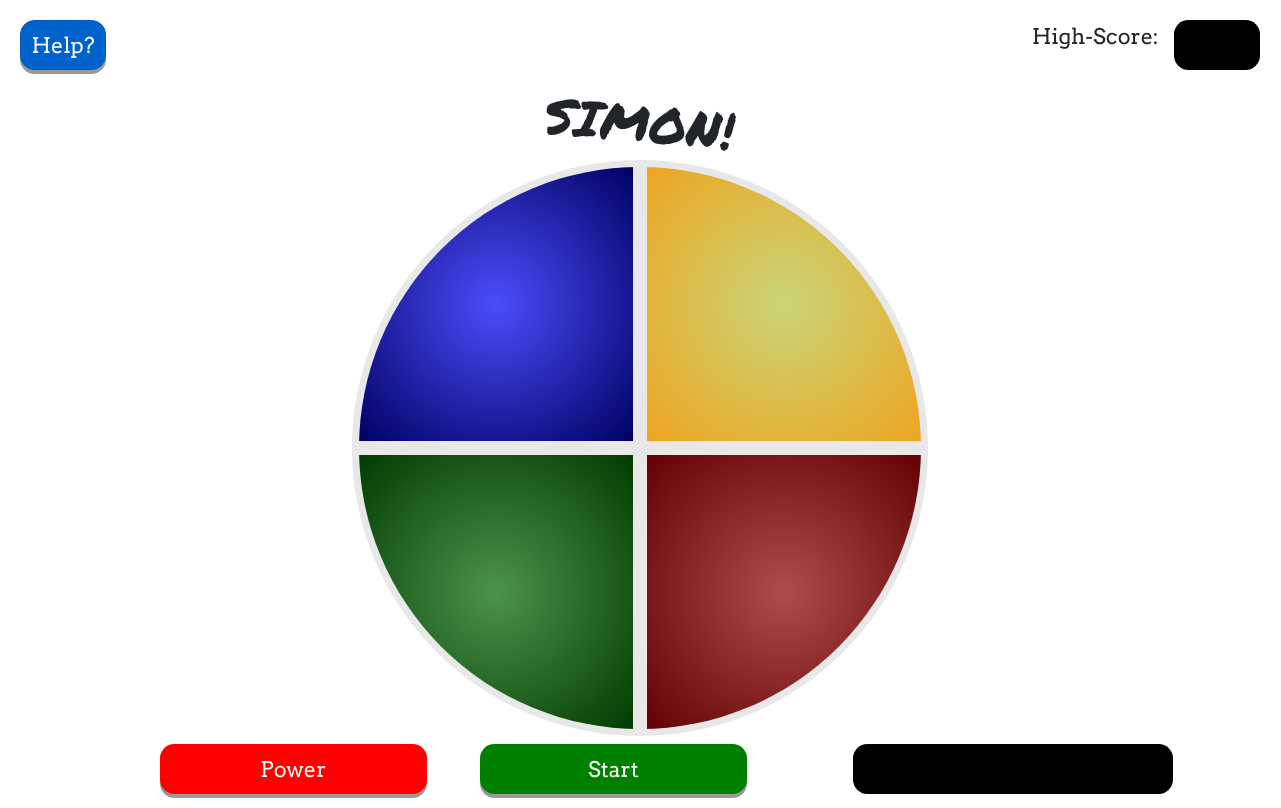
Repository: bandyp/simon
Page: index.html
The author's editor kept a record of every edit. The page is drawn from the files as they stood at one moment, then again after the next edit.
The browser window is 1280 px wide. The page is 1281 px wide, so the pictures cover 1281 px, including what lies to the right of the window. The pictures show the whole page.

Above is the page before.

### index.html
<!DOCTYPE html>
<html lang="en">

<head>
    <title>Simon</title>
    <meta charset="UTF-8">
    <meta name="viewport" content="width=device-width, initial-scale=1, shrink-to-fit=no">
    <meta http-equiv="X-UA-Compatible" content="ie=edge">

<!-- fonts and bootstrap links  -->
    <link rel="stylesheet" href="https://stackpath.bootstrapcdn.com/bootstrap/4.3.1/css/bootstrap.min.css" integrity="sha384-ggOyR0iXCbMQv3Xipma34MD+dH/1fQ784/j6cY/iJTQUOhcWr7x9JvoRxT2MZw1T" crossorigin="anonymous">
    <link rel="stylesheet" href="assets/css/style.css" type="text/css" />
    <link href="https://fonts.googleapis.com/css?family=Permanent+Marker&display=swap" rel="stylesheet">
    <link href='https://fonts.googleapis.com/css?family=Orbitron' rel='stylesheet' type='text/css'>
    <link href="https://fonts.googleapis.com/css?family=Arvo" rel="stylesheet">

<!-- sound files  -->
    <audio id="soundGreen"><source src="assets/sounds/simonSound1.mp3"></source></audio>
    <audio id="soundBlue"><source src="assets/sounds/simonSound2.mp3"></source></audio>
    <audio id="soundYellow"><source src="assets/sounds/simonSound3.mp3"></source></audio>
    <audio id="soundRed"><source src="assets/sounds/simonSound4.mp3"></source></audio>
</head>

<body>

<!-- bootstrap config  -->
    <div class="container-fluid">
        <div class="row">

<!-- help button  -->
            <button type="button" class="btn btn-primary btn-lg active" id="helpButton">Help?</button>
            <div class="col float-right" id="highScore">
                High-Score:
            </div>
            <div id="highScoreBox"></div>

<!-- help button dialogue  -->
            <div class="alert alert-info alert-dismissible fade show" id="helpBox" role="alert">
                <h5>Follow Simon on his quest to count!</h5>
                <p>His buttons will light up as he counts from 1 to 20. Help him on his way by repeating his pattern. It starts off easy, but gets very difficult towards the end.</p>
                <hr>
                <p>Will you get the high score? Turn on the power and press start to find out.</p>
                <button type="button" class="close" data-dismiss="alert" aria-label="Close"><span aria-hidden="true">&times;</span></button>
            </div>
        </div>

<!-- Simon title  -->
        <div class="row">
            <div class="col mt-auto text-center" id="title">
                SIMON!
            </div>
        </div>

<!-- top row of color buttons - blue & yellow  -->
        <div class="row row-no-gutter">
            <div class="col-4 offset-2 colorButton blueButton ml-auto" id="blue"></div>
            <div class="col-4 colorButton yellowButton mr-auto" id="yellow"></div>
        </div>

<!-- bottom rom of colors red & green  -->
        <div class="row row-no-gutter">
            <div class="col-4 offset-2 colorButton greenButton ml-auto" id="green"></div>
            <div class="col-4 colorButton redButton mr-auto" id="red"></div>
        </div>

<!-- bottom of page with power and start buttons  -->
        <div class="row mb-1rem">
            <div class="col-6 offset-1 mt-auto" id="buttons">
                <div class="row">
                    <button class="col-5 offset-1 power" id="power">Power</button>
                    <button class="col-5 offset-1" id="start">Start</button>
                </div>
            </div>

<!-- counter for score -->
            <div class="col-3 mt-auto offset-1" id="count"></div>
        </div>

    </div>
    <script src="https://code.jquery.com/jquery-3.3.1.slim.min.js" integrity="sha384-q8i/X+965DzO0rT7abK41JStQIAqVgRVzpbzo5smXKp4YfRvH+8abtTE1Pi6jizo" crossorigin="anonymous"></script>
    <script src="https://cdnjs.cloudflare.com/ajax/libs/popper.js/1.14.3/umd/popper.min.js" integrity="sha384-ZMP7rVo3mIykV+2+9J3UJ46jBk0WLaUAdn689aCwoqbBJiSnjAK/l8WvCWPIPm49" crossorigin="anonymous"></script>
    <script src="https://stackpath.bootstrapcdn.com/bootstrap/4.1.3/js/bootstrap.min.js" integrity="sha384-ChfqqxuZUCnJSK3+MXmPNIyE6ZbWh2IMqE241rYiqJxyMiZ6OW/JmZQ5stwEULTy" crossorigin="anonymous"></script>
    <script src="assets/js/script.js"></script>
</body>

</html>

### assets/css/style.css
/* help button */

#helpButton {
    margin-top: 20px;
    margin-left: 20px;
    height: 7vh;
    width: 12vh;
    padding: 0;
    border-radius: 2vh;
    font-family: 'Arvo', serif;
    font-size: 3vh;
    cursor: pointer;
}

/* high score label and box */

#highScore {
    text-align: right;
    margin-top: 20px;
    font-size: 3vh;
    font-family: 'Arvo', serif;
}


#highScoreBox {
    float: right;
    background: black;
    margin-top: 20px;
    margin-right: 20px;
    height: 7vh;
    width: 12vh;
    color: red;
    font-family: 'Orbitron', sans-serif;
    font-size: 4vh;
    text-align: center;
    vertical-align: middle;
    line-height: 7vh;
    border-radius: 2vh;
}

/* simon title */

#title {
    font-size: 7vh;
    margin-top: 3vh;
    font-family: 'Permanent Marker', cursive;
    transform: rotate(5deg);
}

/* game colored buttons */

#blue {
    margin-top: auto;
    border-radius: 100% 0% 0% 0%;
    border: solid 1vh rgb(232, 232, 232);
    background-image: radial-gradient(circle, rgba(0, 0, 250, 0.7), rgba(0, 0, 100, 1));
}

#yellow {
    margin-top: auto;
    border-radius: 0% 100% 0% 0%;
    border: solid 1vh rgb(232, 232, 232);
    background-image: radial-gradient(circle, rgba(178, 195, 62, 0.7), rgba(238, 165, 32, 1));
}

#red {
    margin-bottom: 1vh;
    border-radius: 0% 0% 100% 0%;
    border: solid 1vh rgb(232, 232, 232);
    background-image: radial-gradient(circle, rgba(139, 0, 0, 0.7), rgba(99, 0, 0, 1));
}

#green {
    margin-bottom: 1vh;
    border-radius: 0% 0% 0% 100%;
    border: solid 1vh rgb(232, 232, 232);
    background-image: radial-gradient(circle, rgba(0, 100, 0, 0.7), rgba(0, 60, 0, 1));
}

.colorButton {
    position: relative;
    height: 40vmin;
    max-width: 40vmin;
    cursor: pointer;
}

.bright {
    filter: brightness(150%);
}

/* start and power buttons */

#buttons {
    position: relative;
    z-index: 2;
    display: inline;
    font-size: 3vh;
    font-family: 'Arvo', serif;
}


button {
    display: inline-block;
    cursor: pointer;
    text-align: center;
    text-decoration: none;
    outline: none;
    color: #fff;
    background-color: #4CAF50;
    border: none;
    border-radius: 15px;
    box-shadow: 0 4px #999;
    margin-bottom: 2vh;
}

button:hover {
    background-color: #3e8e41
}

button:active {
    background-color: #3e8e41;
    box-shadow: 0 1px #666;
    transform: translateY(4px);
}

#count {
    background: black;
    display: inline-block;
    height: 7vh;
    width: 14vh;
    color: red;
    font-family: 'Orbitron', sans-serif;
    font-size: 3vh;
    text-align: center;
    vertical-align: middle;
    line-height: 7vh;
    border-radius: 2vh;
    margin-bottom: 2vh;
}

#power {
    color: white;
    background-color: red;
    border-radius: 2vh;
    width: 10vh;
    height: 7vh;
    padding: 0;
}

#start {
    color: white;
    background-color: green;
    border-radius: 2vh;
    width: 10vh;
    height: 7vh;
    padding: 0;
}

### assets/js/script.js
$(document).ready(function() {

    // My shopping list of variables

    let sequence = [];
    let userSequence = [];
    let success;
    let turn;
    let cpuTurn;
    let playerTurn;
    let bright;
    let playSequence;
    let win;
    let highScore = 0;

    // high score = code borrowed from Mentor

    function checkHighScore() {
        if (highScore < bright) {
            highScore = bright;
            $("#highScoreBox").html(highScore - 1);
        }
    }


    // easy help box alert to guide uses on instructions

    $("#helpBox").hide(); // starts hidden
    $("#helpButton").mouseover(function() { // will activate when cursor hovers over
        $("#helpBox").show(); // shows the dialogue
        $("#helpButton").mouseleave(function() { // will go back hidden when cursor is not hovering
            $("#helpBox").hide();
        });
    });


// toggle power button on and off

    document.getElementById("power").onclick = function() { powerButton() };

// adds and removes class of 'change' to tell if power is on or off
    function powerButton() {
        var x = document.getElementById("power").classList.contains("change");
        if (x == false) {
            $('#power').addClass("change");
            powerOn();
        }
        else {
            $('#power').removeClass("change");
            powerOff();
        }
    }

// enables start button so users can press it and a lights up score counter, it also allows the cpu function to start when called.
    function powerOn() {
        cpuTurn = true;
        success = false;
        playerTurn = false;
        $("#count").html('--');
        document.getElementById("start").disabled = false;
    }
// starts the game when the button is pressed, turn counter goes to 1 as its the first turn
    $("#start").on("click", function() {
        $("#count").html('1');
        if (playerTurn || cpuTurn || success) { //start button will only call the play function if player/cpu turn and success are all true
            play();
        }
    });

// what happens when power is turned off
    function powerOff() {
        playerTurn = false; // player cant press buttons
        cpuTurn = false; // cpu cant run function
        sequence = []; // the random list of 20 numbers goes back to 0
        userSequence = []; // the sequence of the players clicks is brought to 0
        $('.colorButton').removeClass('bright'), // lights are all off
            $("#count").html(''); // turn counter is turn off
        clearInterval(playSequence); // the series of cpu button presses is cleared
        document.getElementById("start").disabled = true; //start button will not click
    }


    // start play function by creating sequence of 20 from start button, it will then call the cpu to start the lighting buttons function, in 1 sec intervals

    function play() {
        playSequence = 0;
        sequence = [];
        userSequence = [];
        bright = 0;
        turn = 1;
        success = true;
        win = false;
        $("#count").html('1');
        for (var i = 0; i < 20; i++) { // variable 'i' will keep going in a loop while it is less than 20
            sequence.push(Math.floor(Math.random() * 4) + 1); // the loop will add a random number 0 to 4,
            // (rounded down to nearest whole number then add 1 so options will be 1,2,3 or 4)
        }

        cpuTurn = true;
        playSequence = setInterval(makeBright, 1000);
    }

    // function which allows cpu to select color and sound

    function makeBright() {
        playerTurn = false;
        if (bright == turn) {
            clearInterval(playSequence);
            cpuTurn = false;
            playerTurn = true;
        }

        if (cpuTurn) {
            document.getElementById("start").disabled = true; // means start button can not be pressed to ensure the function is not called mulitple times at once
            $('.colorButton').removeClass('bright'); //ensure all colors are off before starting
            setTimeout(function() { // runs function every 1500ms
                if (sequence[bright] == 1) { // pulls the number from the position in the array as it progesses through the random numbers and matches it to the correct color
                    $('#soundGreen')[0].play(); // plays the matching sound to the number
                    $('#green').addClass('bright'), // brightens the matching color to the number
                        setTimeout(function() { // turns off the brightness after 1.5s
                            $('#green').removeClass('bright');
                        }, 1500);
                }
                if (sequence[bright] == 2) { // blue = 2
                    $('#soundBlue')[0].play();
                    $('#blue').addClass('bright'),
                        setTimeout(function() {
                            $('#blue').removeClass('bright');
                        }, 1500);
                }
                if (sequence[bright] == 3) { //  yellow = 3
                    $('#soundYellow')[0].play();
                    $('#yellow').addClass('bright'),
                        setTimeout(function() {
                            $('#yellow').removeClass('bright');
                        }, 1500);
                }
                if (sequence[bright] == 4) { // red = 4
                    $('#soundRed')[0].play();
                    $('#red').addClass('bright'),
                        setTimeout(function() {
                            $('#red').removeClass('bright');
                        }, 1500);
                }
                bright++; // adds 1 to the number of cpu turns
            }, 200);
        }
    }


    // user clicking lights, both clicks and touches

    $("#green").on("mousedown touchstart", function(e) { // what happpens when the green button is clicked on computer or touched on mobile devices
        e.preventDefault(); // prevents function calling twice on mobile
        if (playerTurn) { // only runs if players turn,otherwise the user could interupt cpus turn
            $(this).addClass('bright'); // changes to light green
            $('#soundGreen')[0].play(); //plays greens sound
            userSequence.push(1); // adds the matching number of the color to the users array
            $("#green").on("mouseup touchend", function(e) { // when user unclicks or removes touch this is function called
                e.preventDefault();
                $(this).removeClass('bright'); //removes brightness
                compareArrays(); //this will call a function to see if user is correct

            });
        }
    });

    $("#blue").on("mousedown touchstart", function(e) {
        e.preventDefault();
        if (playerTurn) {
            userSequence.push(2);
            $('#soundBlue')[0].play();
            $(this).addClass('bright'); // changes to light blue
            $("#blue").on("mouseup touchend", function(e) {
                e.preventDefault();
                $(this).removeClass('bright'); //changes
                compareArrays();
            });
        }
    });

    $("#yellow").on("mousedown touchstart", function(e) {
        e.preventDefault();
        if (playerTurn) {
            userSequence.push(3);
            $('#soundYellow')[0].play();

            $(this).addClass('bright'); // changes to light yellow
            $("#yellow").on("mouseup touchend", function(e) {
                e.preventDefault();
                $(this).removeClass('bright'); //changes back
                compareArrays();
            });
        }
    });

    $("#red").on("mousedown touchstart", function(e) {
        e.preventDefault();
        if (playerTurn) {
            userSequence.push(4);
            $('#soundRed')[0].play();

            $(this).addClass('bright'); // changes to light red
            $("#red").on("mouseup touchend", function(e) {
                e.preventDefault();
                $(this).removeClass('bright'); //changes back
                compareArrays();
            });
        }
    });


    // checks that user has clicked the correct color in the sequence

    function compareArrays() {

        if (userSequence[userSequence.length - 1] !== sequence[userSequence.length - 1]) success = false; // if the users clicked color does not match the cpu, then they are not successful
        if (userSequence.length == 20 && success == true) { // if the user gets to 20 successful clicks of colors they win
            checkHighScore(); // high score function called to check if winner beats high score
            winner(); // winner function called
        }
        if (success == false) { // what happens if player loses
            checkHighScore(); // high score checked to see if it is beaten
            sequence = []; // the random number array reverts to 0
            end(); // the end function is called
        }

        if (turn == userSequence.length && success && !win) { // if player is correct but does not get 20 yet
            turn++; // add one to the number of turns
            userSequence = []; // players array reverts to 0 to start over agin after cpu
            cpuTurn = true; // cpu can play
            bright = 0; // cpu needs to play the complete array again, not just the new number
            $("#count").html(turn); // adds 1 to the turn counter
            playSequence = setInterval(makeBright, 1000); // calls the cpu to play the function every 1000ms
        }

    }


// what happens if the game ends and player loses
    function end() {

        $(".colorButton").addClass('bright'); // all colors brighten at once
        $("#count").html('LOSE'); // turn counter says LOSE
        playerTurn = false; // player cant press any buttons
        win = false; // tells us player lost
        setTimeout(restart, 3000); // plays the restart function after 3 sec
    }

// to call simon to a position where it can start again
    function restart() {
        powerOn(); // start from original on stage
        sequence = []; // random number array goes to 0
        $("#count").html('--'); // turn counter redets
        playerTurn = false; // player cant press buttons
        $(".colorButton").removeClass('bright'); // brightness is removed
    }

// what happen is player wins
    function winner() {
        $(".colorButton").addClass('bright'); // all colours brighten
        $("#count").html('WIN!'); // tuern counter says WIN!
        checkHighScore(); // high score is checked
        win = true; // tells us player wins
        setTimeout(restart, 3000); // goes to reset after 3 sec
    }
});

After the next edit:
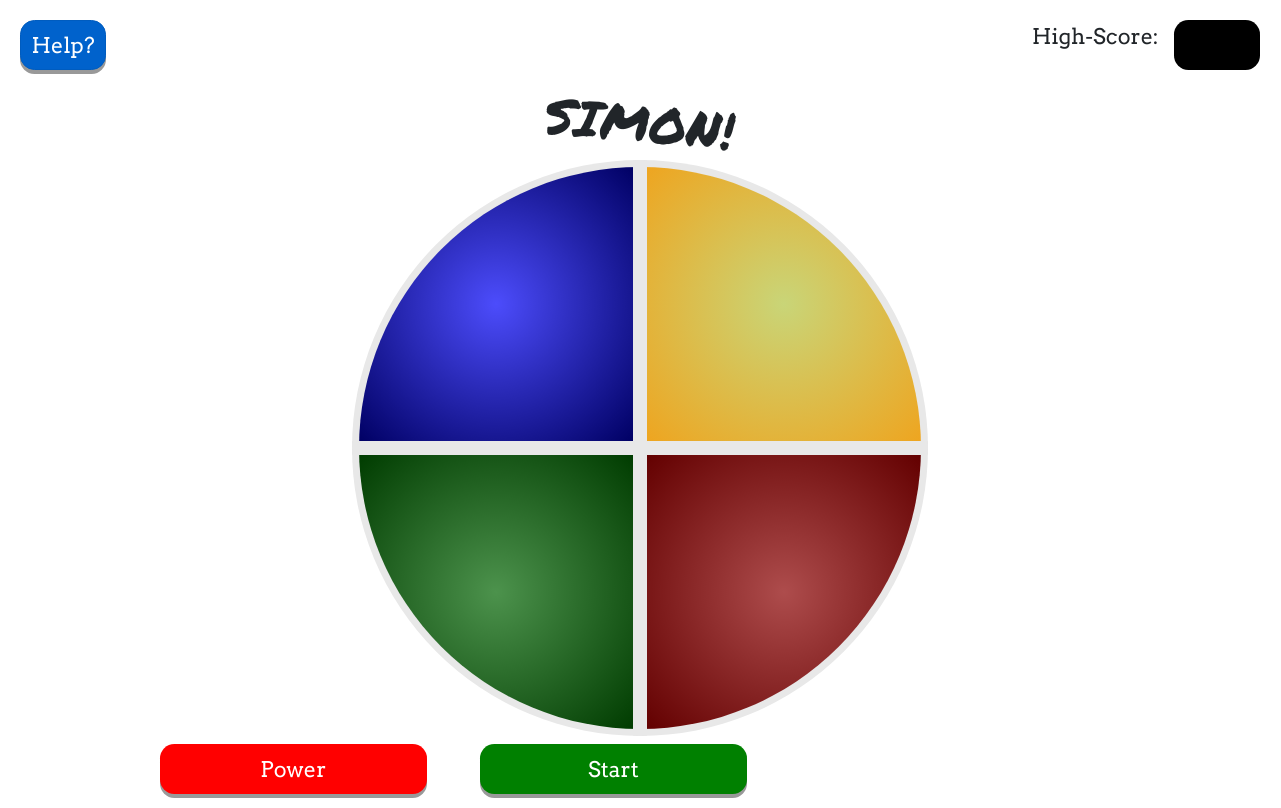
The edit:
--- a/assets/css/style.css
+++ b/assets/css/style.css
@@ -123,21 +123,6 @@
     transform: translateY(4px);
 }
 
-#count {
-    background: black;
-    display: inline-block;
-    height: 7vh;
-    width: 14vh;
-    color: red;
-    font-family: 'Orbitron', sans-serif;
-    font-size: 3vh;
-    text-align: center;
-    vertical-align: middle;
-    line-height: 7vh;
-    border-radius: 2vh;
-    margin-bottom: 2vh;
-}
-
 #power {
     color: white;
     background-color: red;

After the edit that followed:
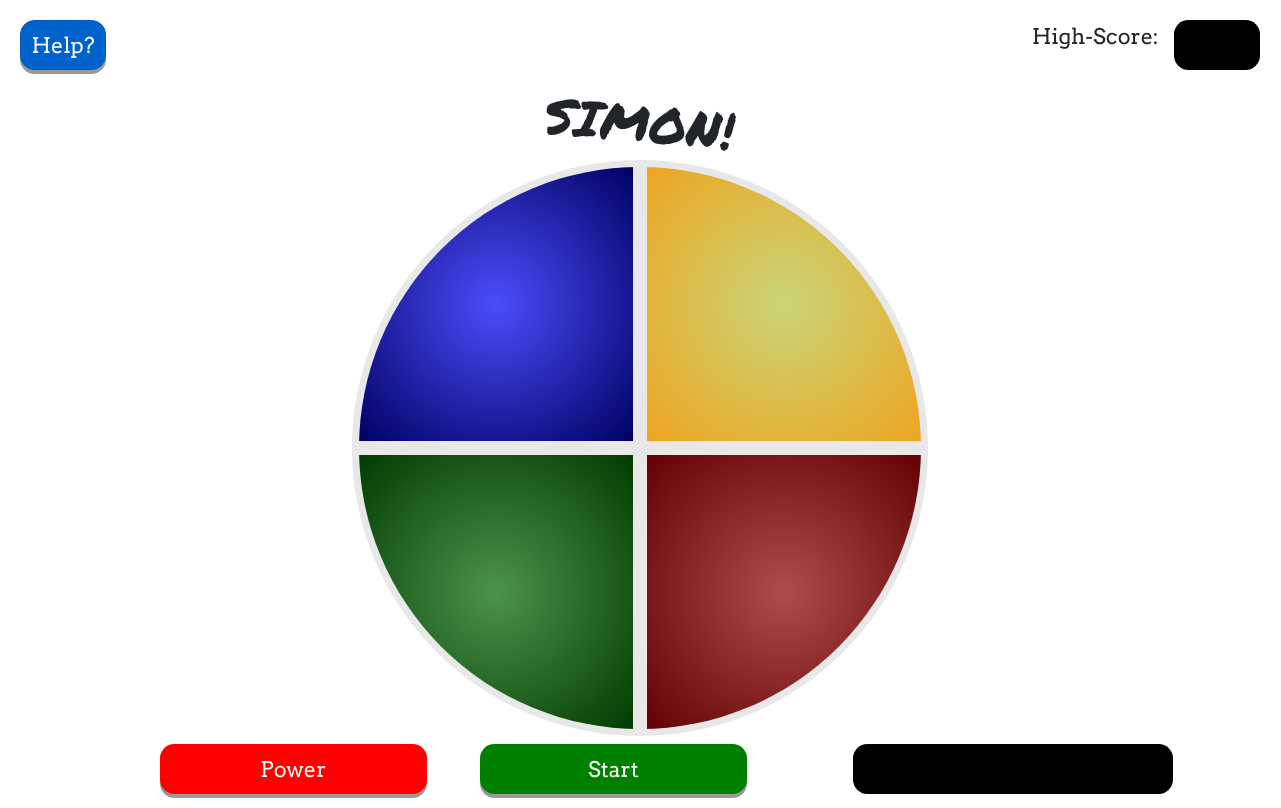
The edit:
--- a/assets/css/style.css
+++ b/assets/css/style.css
@@ -140,3 +140,21 @@
     height: 7vh;
     padding: 0;
 }
+
+
+/* score box */
+
+#count {
+    background: black;
+    display: inline-block;
+    height: 7vh;
+    width: 14vh;
+    color: red;
+    font-family: 'Orbitron', sans-serif;
+    font-size: 3vh;
+    text-align: center;
+    vertical-align: middle;
+    line-height: 7vh;
+    border-radius: 2vh;
+    margin-bottom: 2vh;
+}
